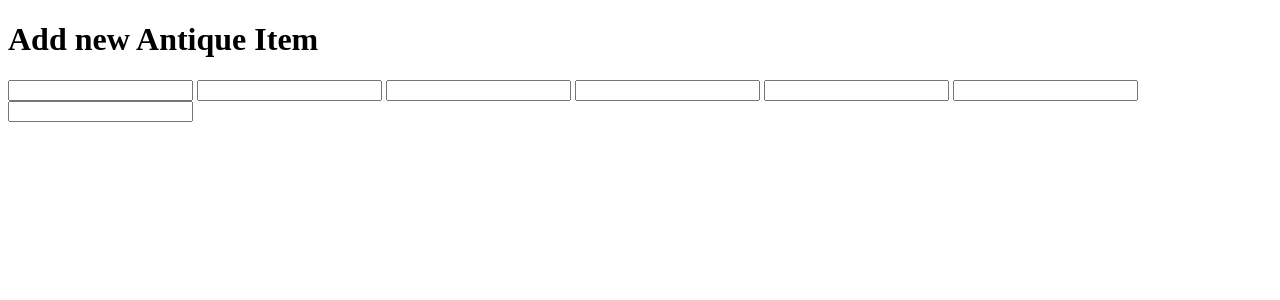
Repository: hidayatmansuri/antique-shop
Page: process/templates/addantique.html
The author's editor kept a record of every edit. The page is drawn from the files as they stood at one moment, then again after the next edit.
The browser window is 1280 px wide. The pictures show the whole page.

Above is the page before.

After the next edit:
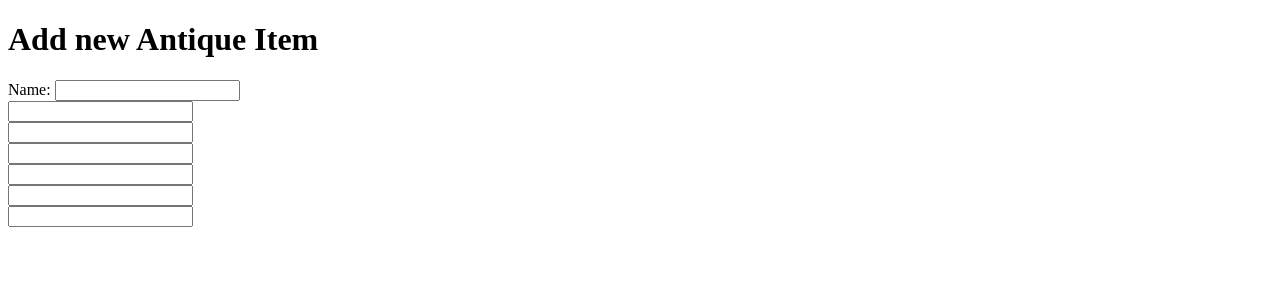
The edit:
--- a/process/templates/addantique.html
+++ b/process/templates/addantique.html
@@ -9,13 +9,14 @@
 <body>
     <h1> Add new Antique Item </h1>
     <form method="POST">
-        <input type="text" id="atq_name" name="atq_name"/>
-        <input type="number" id="atq_price" name="atq_price"/>
-        <input type="number" id="atq_manu" name="atq_manu"/>
-        <input type="text" id="atq_desc" name="atq_desc"/>
-        <input type="number" id="atq_height" name="atq_height"/>
-        <input type="text" id="atq_width" name="atq_width"/>
-        <input type="text" id="atq_depth" name="atq_depth"/>
+        <label for="atq_name">Name: </label>
+        <input type="text" id="atq_name" name="atq_name"/><br>
+        <input type="number" id="atq_price" name="atq_price"/><br>
+        <input type="number" id="atq_manu" name="atq_manu"/><br>
+        <input type="text" id="atq_desc" name="atq_desc"/><br>
+        <input type="number" id="atq_height" name="atq_height"/><br>
+        <input type="text" id="atq_width" name="atq_width"/><br>
+        <input type="text" id="atq_depth" name="atq_depth"/><br>
     </form>
 </body>
 </html>
